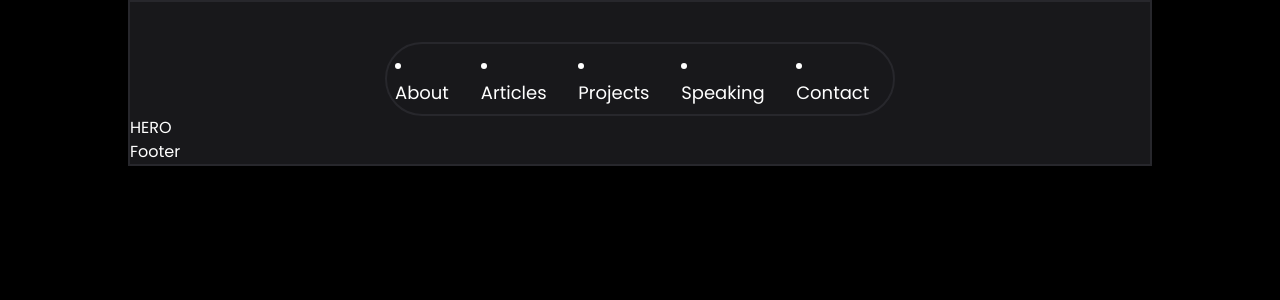
Repository: Wafaabahgat/Portfolio
Page: /
The author's editor kept a copy of each file at every save. The page is drawn from the files as they stood at one save, then again after a run of saves.
The browser window is 1280 px wide. The pictures show the whole page.
The project was rebuilt for these pictures with package versions that can differ from the ones it lists, and the page was loaded fresh each time. Also part of the build but not shown: vite.config.ts, src/App.css, src/ErrorPage.tsx.

Above is the page before, as saved 2023-12-07 03:01:39.

After the next 2 saves:
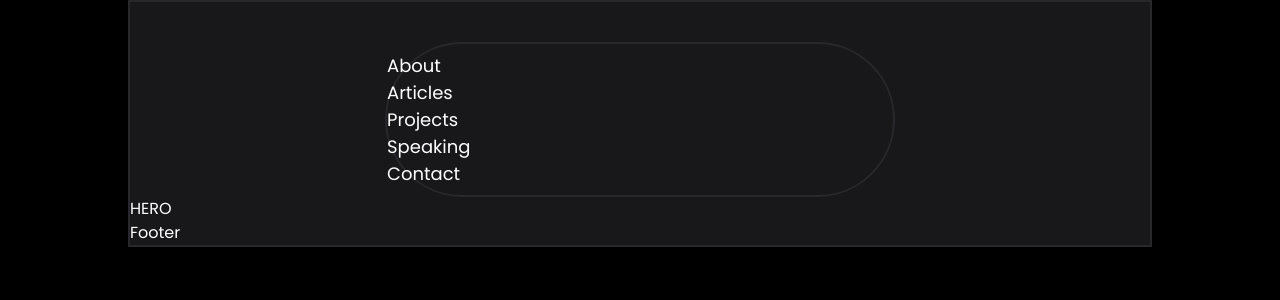
The 2 saves are shown as one change because they came seconds apart.
The last was saved 7 s later.
--- a/src/components/layouts/Header.tsx
+++ b/src/components/layouts/Header.tsx
@@ -35,17 +35,16 @@ const Header: FC<HeaderProps> = () => {
       <div className="mt-10">
         <nav className="flex gap-2 py-2 border-h rounded-full w-[50%] mx-auto">
           <ul>
-
+            {links?.map((e, i) => (
+              <li
+                key={i}
+                a={e?.link}
+                className="capitalize text-[18px] mx-auto hover:text-main-light"
+              >
+                {e?.name}
+              </li>
+            ))}
           </ul>
-          {links?.map((e, i) => (
-            <li
-              key={i}
-              a={e?.link}
-              className="capitalize text-[18px] mx-auto hover:text-main-light"
-            >
-              {e?.name}
-            </li>
-          ))}
         </nav>
       </div>
     </>
